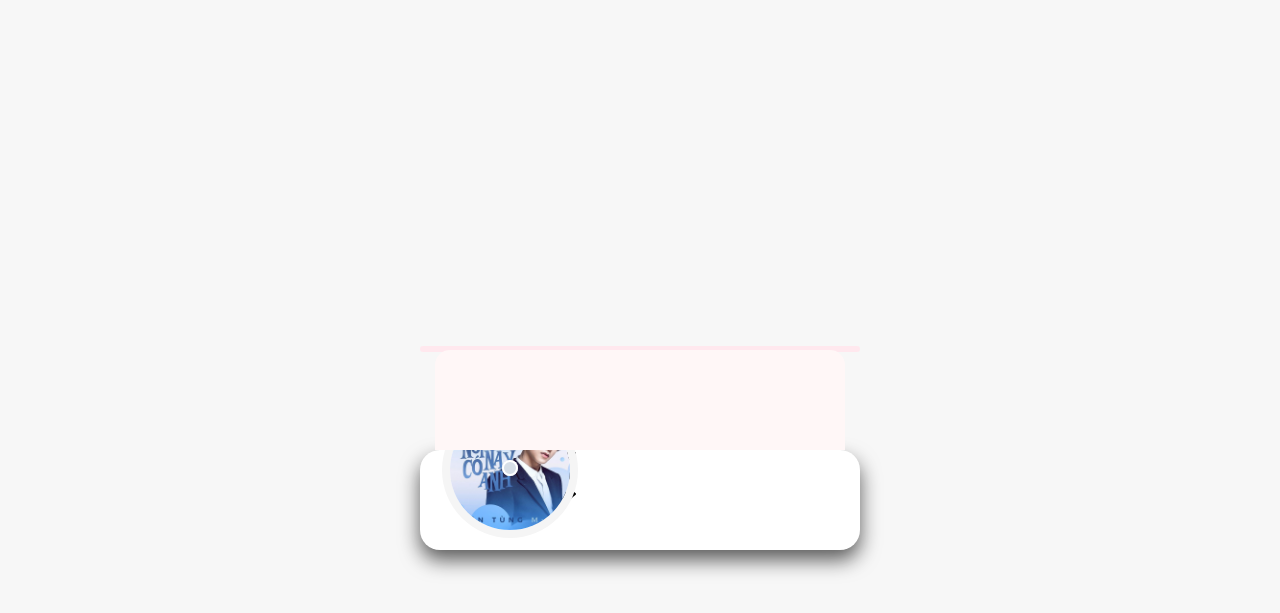
Repository: nguyentien110-fe/Music_Player_Demo
Page: index.html
An editor plug-in stored every save of this project. The page is shown before and after the next save, followed by the edit.
The browser window is 1280 px wide. The pictures show the whole page.

Above is the page before, as saved 2021-08-29 21:57:18.

### index.html
<!DOCTYPE html>
<html lang="en">

<head>
    <meta charset="UTF-8">
    <meta http-equiv="X-UA-Compatible" content="IE=edge">
    <meta name="viewport" content="width=device-width, initial-scale=1.0">
    <link rel="stylesheet" href="https://cdnjs.cloudflare.com/ajax/libs/font-awesome/5.15.4/css/all.min.css" integrity="sha512-1ycn6IcaQQ40/MKBW2W4Rhis/DbILU74C1vSrLJxCq57o941Ym01SwNsOMqvEBFlcgUa6xLiPY/NS5R+E6ztJQ==" crossorigin="anonymous" referrerpolicy="no-referrer">
    <link rel="stylesheet" href="style.css">
    <title>Music Player App | NTIEZDev</title>
</head>

<body>
    <div id="app">
        <div id="bg-artwork"></div>
        <div id="bg-layer"></div>
        <div id="player">
            <div id="player-track">
                <div id="album-name"></div>
                <div id="track-name"></div>
                <div id="track-time">
                    <div id="current-time"></div>
                    <div id="track-length"></div>
                </div>
            </div>
            <div id="s-area">
                <div id="ins-time"></div>
                <div id="s-hover"></div>
                <div id="seek-bar"></div>
            </div>
        </div>
        <div id="player-content">
            <div id="album-art">
                <img src="./img/pic1.jpg" class="active" id="1">
                <img src="./img/pic2.jpg" id="2">
                <img src="./img/pic3.jpg" id="3">
                <img src="./img/pic4.jpg" id="4">
                <img src="./img/pic5.jpg" id="5">
                <img src="./img/pic6.jpg" id="6">
            </div>
            <div id="player-controls">
                <div class="control">
                    <div class="button" id="play-previous">
                        <i class="fas fa-backward"></i>
                    </div>
                </div>
                <div class="control">
                    <div class="button" id="play-pause-button">
                        <i class="fas fa-play"></i>
                    </div>
                </div>
                <div class="control">
                    <div class="button" id="play-next">
                        <i class="fas fa-forward"></i>
                    </div>
                </div>
            </div>
        </div>
    </div>
    <script src="https://cdnjs.cloudflare.com/ajax/libs/jquery/3.6.0/jquery.min.js" integrity="sha512-894YE6QWD5I59HgZOGReFYm4dnWc1Qt5NtvYSaNcOP+u1T9qYdvdihz0PPSiiqn/+/3e7Jo4EaG7TubfWGUrMQ==" crossorigin="anonymous" referrerpolicy="no-referrer"></script>
    <script src="./main.js"></script>

</body>

</html>

### style.css
@import url('https://fonts.googleapis.com/css2?family=Yanone+Kaffeesatz&display=swap');
*:focus {
    outline: none;
}

body {
    font-family: 'Yanone Kaffeesatz', sans-serif;
}

#app {
    position: absolute;
    top: 50%;
    right: 0;
    left: 0;
    bottom: 0;
    width: 440px;
    height: 100px;
    margin: -10px auto;
}

#bg-artwork {
    position: fixed;
    top: 0;
    right: 0;
    left: 0;
    bottom: 0;
    background-position: center;
    background-repeat: no-repeat;
    background-size: cover;
    filter: blur(4px);
    z-index: 1;
}

#bg-layer {
    position: fixed;
    top: 0;
    right: 0;
    left: 0;
    bottom: 0;
    background-color: #ebebeb;
    opacity: 0.4;
    z-index: 2;
}

#player {
    position: relative;
    height: 100%;
    z-index: 3;
}

#player-track {
    position: absolute;
    top: 0;
    right: 15px;
    left: 15px;
    bottom: 0;
    padding: 14px 22px 12px 152px;
    background-color: #fff7f7;
    border-radius: 15px 15px 0 0;
    z-index: 3;
    transition: 0.3s ease top;
    will-change: transition;
}

#player-track.active {
    top: -110px;
}

#album-name {
    white-space: nowrap;
    overflow: hidden;
    text-overflow: ellipsis;
    color: #54576f;
    font-size: 28px;
    font-weight: 550;
}

#track-name {
    color: #999;
    font-size: 20px;
    margin: 4px 0 14px 0;
}

#track-time {
    height: 12px;
    margin-bottom: 8px;
    overflow: hidden;
}

#current-time {
    float: left;
}

#track-length {
    float: right;
}

#current-time,
#track-length {
    color: transparent;
    font-size: 14px;
    background-color: #ffe8ee;
    transition: 0.4s ease all;
    will-change: transition;
}

#track-time.active #current-time,
#track-time.active #track-length {
    color: #f86d92;
    background-color: transparent;
}

#s-area,
#seek-bar {
    position: relative;
    bottom: 4px;
    height: 6px;
    border-radius: 6px;
}

#s-area {
    background-color: #ffe8ee;
    cursor: pointer;
}

#ins-time {
    position: absolute;
    top: -30px;
    color: #fff;
    font-size: 12px;
    white-space: pre;
    padding: 8px 6px;
    border-radius: 4px;
    display: none;
}

#s-hover {
    position: absolute;
    top: 0;
    left: 0;
    bottom: 0;
    opacity: 0.2;
    z-index: 2;
}

#ins-time,
#s-hover {
    background-color: #434450;
}

#seek-bar {
    content: '';
    position: absolute;
    top: 0;
    left: 0;
    bottom: 0;
    background-color: #fd6d94;
    z-index: 1;
    transition: 0.2s ease all;
    will-change: transition;
}

#player-content {
    position: relative;
    height: 100%;
    background-color: #fff;
    box-shadow: 0 10px 20px #5a5a5a;
    border-radius: 20px;
    z-index: 2;
}

#album-art {
    position: absolute;
    top: -40px;
    width: 120px;
    height: 120px;
    margin-left: 30px;
    box-shadow: 0 0 0 8px #f5f5f5;
    border-radius: 50%;
    overflow: hidden;
    transition: 0.4s ease all;
    will-change: transition;
}

#album-art.active {
    top: -72px !important;
    box-shadow: 0 0 0 4px #fff7f7, 0 30px 50px -15px #afb7c1;
}

#album-art::before {
    content: '';
    position: absolute;
    top: 50%;
    right: 0;
    left: 0;
    width: 16px;
    height: 16px;
    margin: -10px auto -10px auto;
    background-color: #d6dee7;
    border-radius: 50%;
    box-shadow: inset 0 0 0 2px #fff;
    z-index: 2;
}

#album-art img {
    display: block;
    position: absolute;
    top: 0;
    left: 0;
    width: 100%;
    height: 100%;
    opacity: 0;
    z-index: -1;
}

#album-art img.active {
    opacity: 1;
    z-index: 1;
}

#album-art.active img.active {
    z-index: 1;
    animation: animateAlbum 4s linear 0s infinite forwards;
}

@keyframes animateAlbum {
    0% {
        transform: rotateZ(0);
    }
    100% {
        transform: rotateZ(360deg);
    }
}

#player-controls {
    width: 250px;
    height: 100%;
    margin: 0 6px 0 140px;
}

### main.js
$(function() {
    // Tạo biến và gán giá trị
    var playerTrack = $("#player-track"),
        bgArtwork = $('#bg-artwork'),
        bgArtworkUrl, albumName = $('#album-name'),
        trackName = $('#track-name'),
        albumArt = $('#album-art'),
        sArea = $('#s-area'),
        seekBar = $('#seek-bar'),
        trackTime = $('#track-time'),
        insTime = $('#ins-time'),
        sHover = $('#s-hover'),
        playPauseButton = $("#play-pause-button"),
        i = playPauseButton.find('i'),
        tProgress = $('#current-time'),
        tTime = $('#track-length'),
        tFlag = false,
        albums = ['Nơi này có anh', 'Bỏ em vào balo', 'Sai cách yêu', 'Một bước yêu vạn dặm đau', 'Nắm lấy tay anh', 'BIGCITYBOI'],
        trackNames = ['Sơn Tùng MTP', 'Tân Trần', 'Lê Bảo Bình', 'Mr.Siro', 'Tuấn Hưng', 'TOULIVER x BINZ'],
        albumArtworks = ['1', '2', '3', '4', '5', '6'],
        trackUrl = ['./Musics/song1.mp3', './Musics/song2.mp3', './Musics/song3.mp3', './Musics/song4.mp3', './Musics/song5.mp3', './Musics/song6.mp3'],
        playPreviousTrackButton = $('#play-previous'),
        playNextTrackButton = $('#play-next'),
        currIndex = -1

    // Keys chứa thông tin bài hát
    var songs = [

        {
            artist: "Sơn Tùng MTP",
            name: "Nơi này có anh",
            url: "./Musics/song1.mp3",
            picture: "./img/pic1.jpg"
        },
        {
            artist: "Tân Trần",
            name: "Bỏ em vào balo",
            url: "./Musics/song2.mp3",
            picture: "./img/pic2.jpg"
        },
        {
            artist: "Lê Bảo Bình",
            name: "Sai cách yêu",
            url: "./Musics/song3.mp3",
            picture: "./img/pic3.jpg"
        },
        {
            artist: "Mr.Siro",
            name: "Một bước yêu vạn dặm đau",
            url: "./Musics/song4.mp3",
            picture: "./img/pic4.jpg"
        },
        {
            artist: "Tuấn Hưng",
            name: "Nắm lấy tay anh",
            url: "./Musics/song5.mp3",
            picture: "./img/pic5.jpg"
        },
        {
            artist: "TOULIVER x BINZ",
            name: "BIGCITYBOI",
            url: "./Musics/song6.mp3",
            picture: "./img/pic6.jpg"
        }

    ];

    // Hàm playPause dùng để dừng nhạc / tiếp tục phát từ điểm dừng cuối cùng


    // Hàm showHover dùng để set giá trị muốn click khi hover trên thanh trượt


    // Hàm hideHover dùng để đặt lại các text đếm thời gian về điểm bắt đầu


    // Hàm playFromClickedPos có chức năng chuyển lời bài hát đến mốc thời gian đã chọn trên thanh trượt


    // Hàm updateCurrTime dùng để set thời gian, nếu đủ 100% thì chuyển bài và set thời gian về bắt đầu


    // Hàm selectTrack dùng để chuyển bài (tiến || lùi)


    // Hàm initPlayer dùng để bắt đầu Player và gán tuần tự các events

});

After the next save:
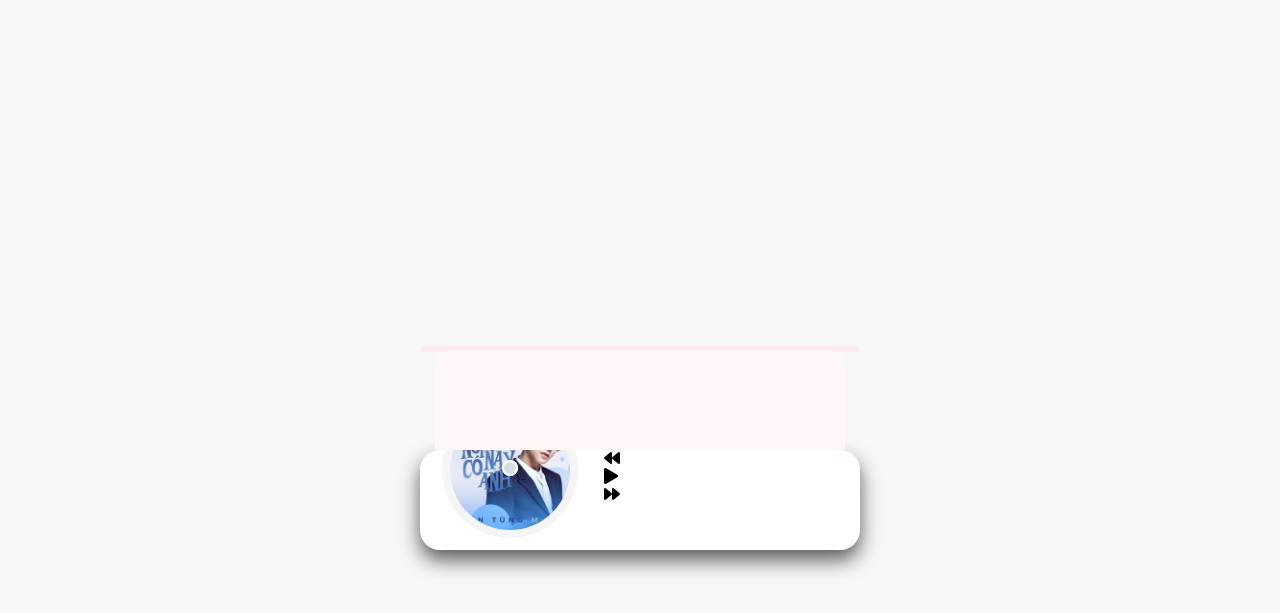
Saved 18 s later.
--- a/style.css
+++ b/style.css
@@ -236,4 +236,5 @@
     width: 250px;
     height: 100%;
     margin: 0 6px 0 140px;
-}
+    float: right;
+}
